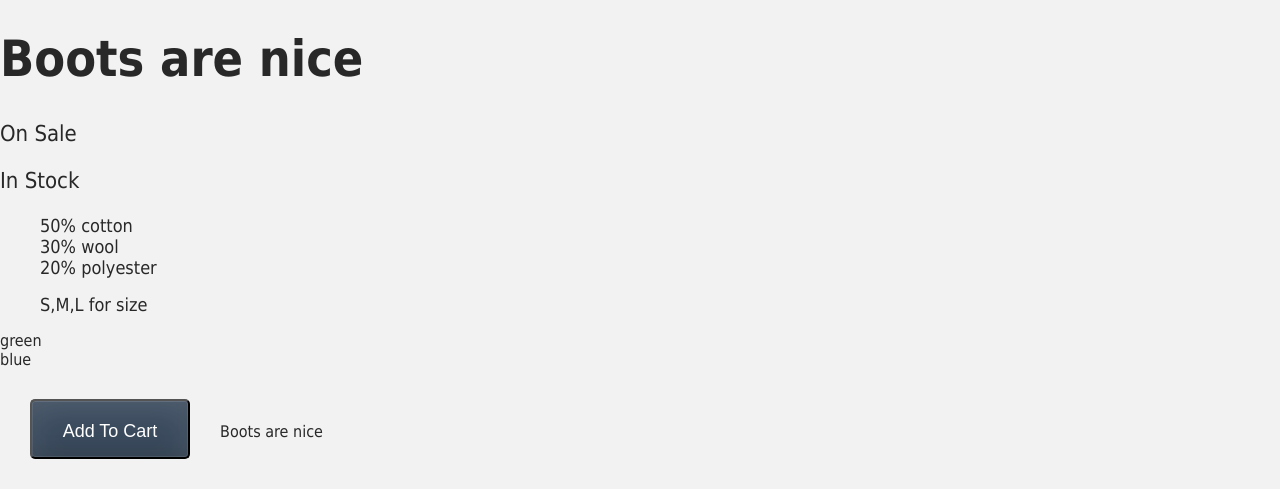
Repository: assassinhua/lab1
Page: index.html
The author's editor kept a copy of each file at every save. The page is drawn from the files as they stood at one save, then again after the next save.
The browser window is 1280 px wide. The pictures show the part of the page from y = 484 to 1109 px (the page is 973 px tall before and 1109 px after).
A picture or video elsewhere on the page could not be fetched, so the positions and the page height are approximate.

Above is the page before, as saved 2024-10-22 19:10:26.

After the next save:
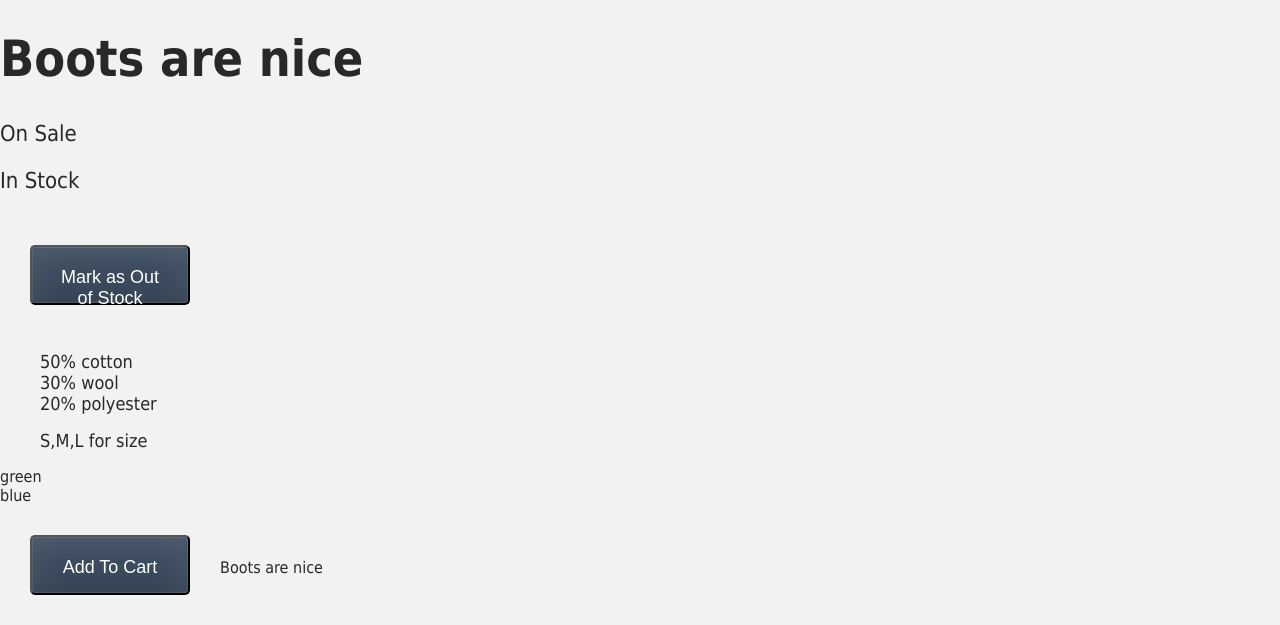
Saved 6 s later.
--- a/index.html
+++ b/index.html
@@ -32,7 +32,9 @@
             <p v-if="inventory > 10">In Stock</p>
             <p v-else-if="inventory <= 10 && inventory > 0">Almost out of Stock</p>
             <p v-else>Out of Stock</p>
-
+            <button class="button" @click="toggleInStock">
+                {{ inStock ? 'Mark as Out of Stock' : ' In Stock' }}
+            </button>
             <ul>
                                 <li v-for="detail in details">{{detail}}</li>
 
